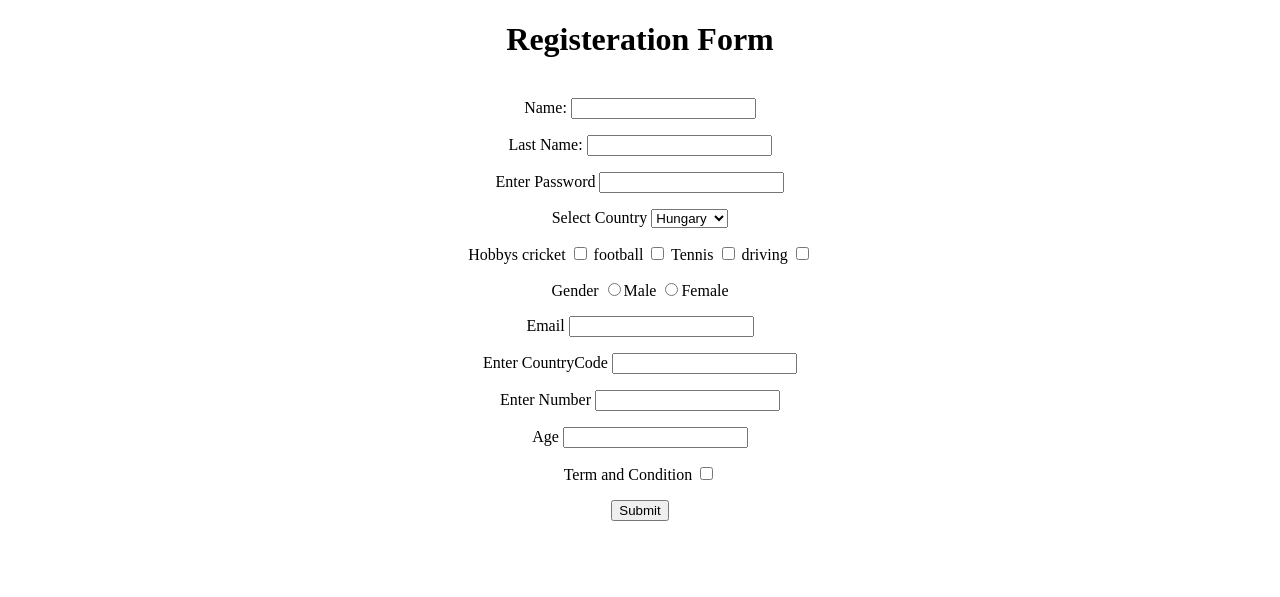
Repository: DevKhanHassam/SpringMvc
Page: http://localhost/formPractice/WEB-INF/views/form.jsp
The author's editor kept a copy of each file at every save. The page is drawn from the files as they stood at one save, then again after the next save.
The browser window is 1280 px wide. The pictures show the whole page.
The page is served by Tomcat 9. Nobody is signed in. The template is opened directly, without the code that normally fills it, so the values that code supplies are empty.

Above is the page before, as saved 2024-05-20 15:55:21.

After the next save:
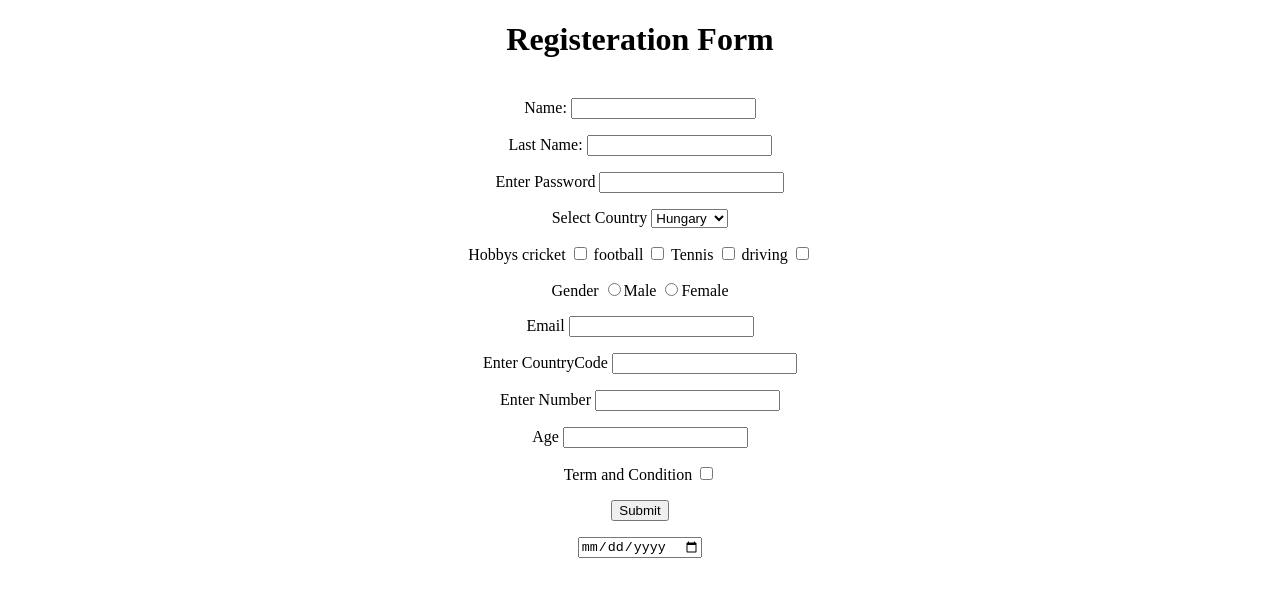
Saved 50 min 42 s later.
--- a/formPractice/src/main/webapp/WEB-INF/views/form.jsp
+++ b/formPractice/src/main/webapp/WEB-INF/views/form.jsp
@@ -89,13 +89,22 @@
 
 
 			<p>
+
+
+
+
+
+			<p>
 				<label for="termAndConditon">Term and Condition</label>
 				<form:checkbox id="termAndConditon" path="termAndConditon" />
 				<form:errors path="termAndConditon" cssClass="error"></form:errors>
 			<p>
 				<input type="submit">
 		</form:form>
+			<form action="">
 
+			<input type="date">
+			</form>
 	</div>
 </body>
 </html>
